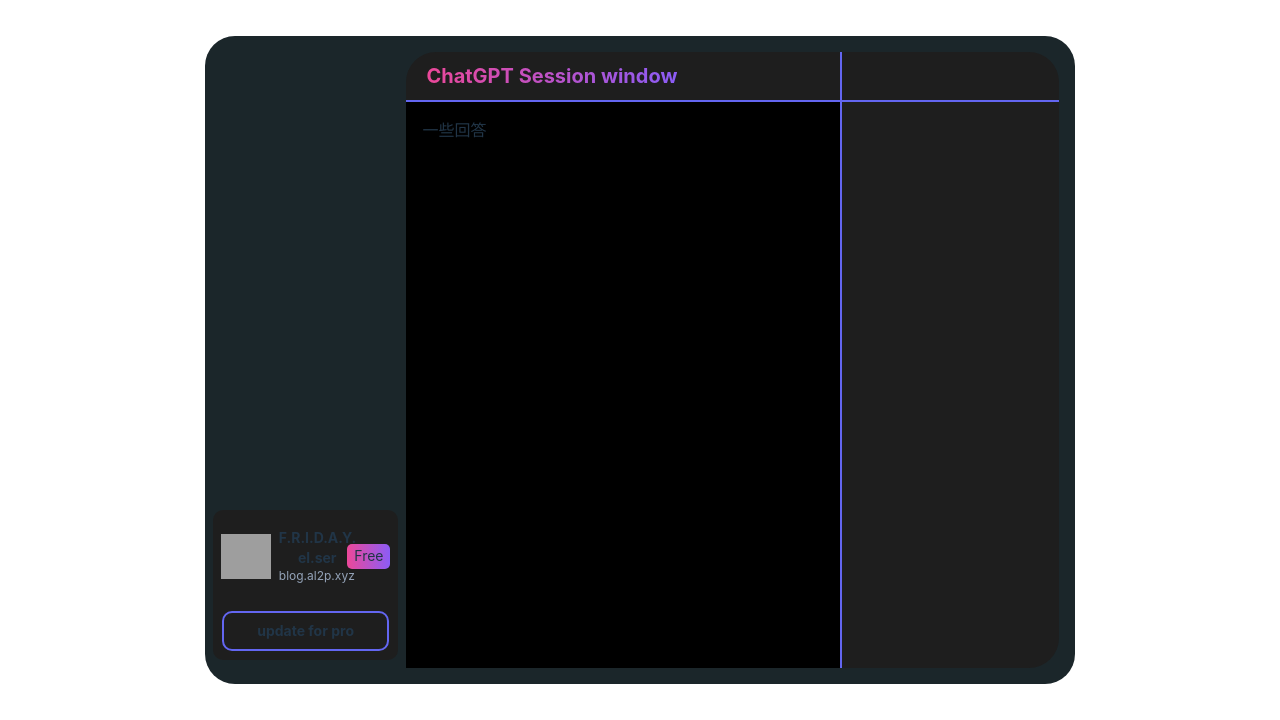
Repository: yezhonghu0503/chatgpt-vue-lac
Page: /
These files come from the project's save history. The page is drawn as it stood at one moment and after the next save; the edit follows.
The browser window is 1280 px wide. The pictures show the whole page.
Pictures or frames that could not be fetched are drawn as grey boxes. The project was rebuilt for these pictures with package versions that can differ from the ones it lists, and the page was loaded fresh each time. Also part of the build but not shown: vite.config.ts.

Above is the page before, as saved 2023-05-18 17:48:38.

After the next save:
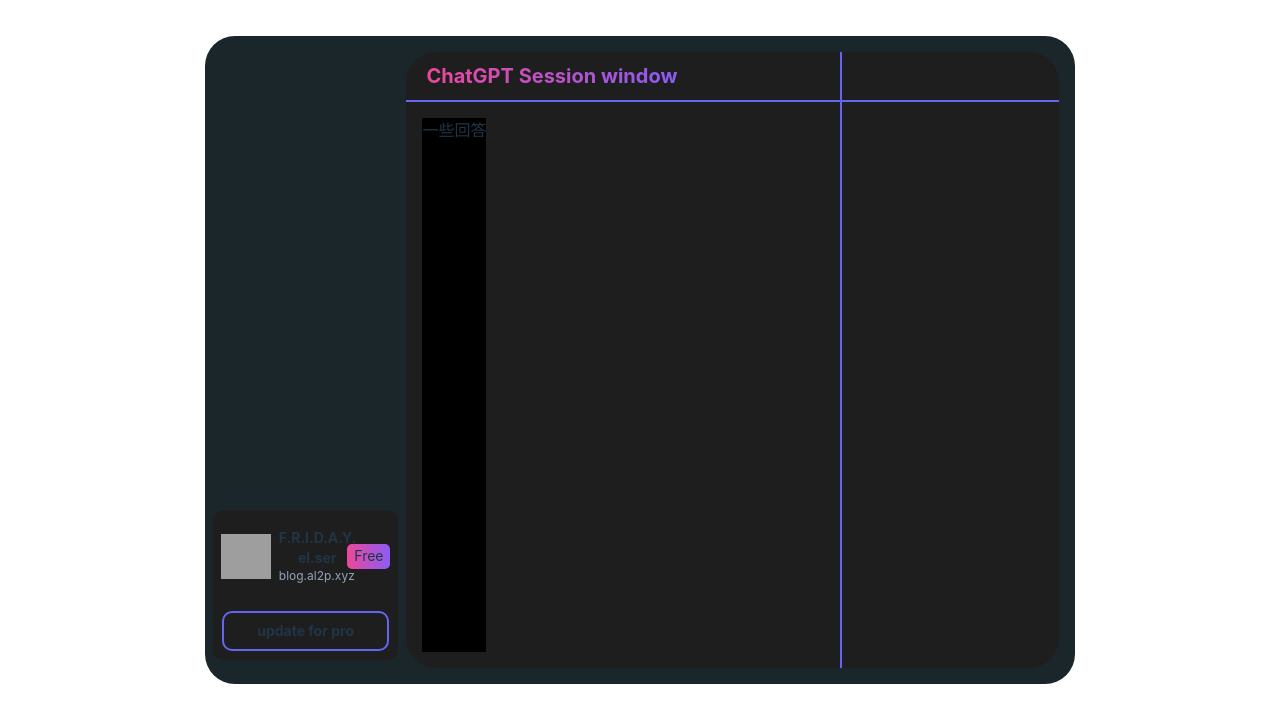
Saved 23 s later.
--- a/src/components/chat-main/chatMain.vue
+++ b/src/components/chat-main/chatMain.vue
@@ -9,8 +9,8 @@
           >ChatGPT Session window</span
         >
       </div>
-      <div class="flex flex-grow w-[100%] bg-black p-4">
-        <div class="min-h-[100px]">
+      <div class="flex flex-grow w-[100%] p-4">
+        <div class="min-h-[100px] bg-black">
           {{ msg }}
           <img src="" alt="" />
         </div>
